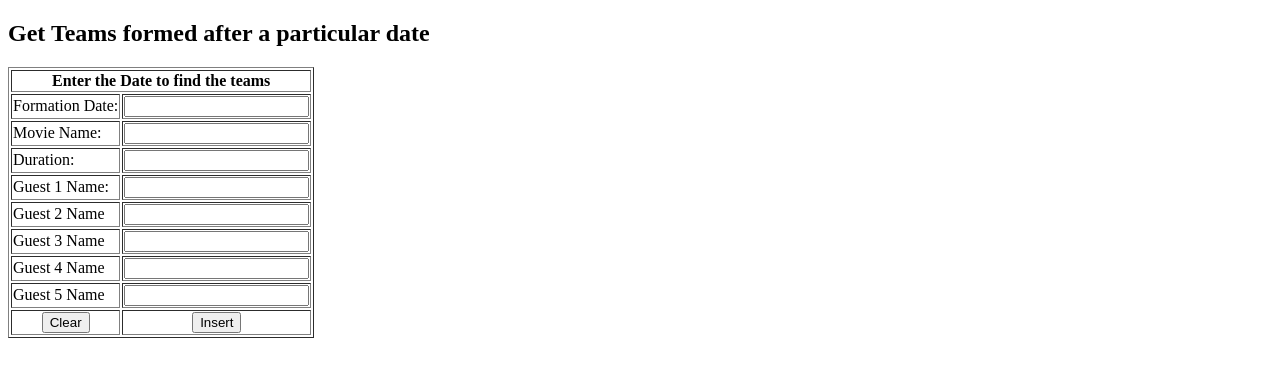
Repository: Harikiran-Madishetti/Patient-Assistance-Network
Page: http://localhost/IP_TASK7/get_teams_form.jsp
An editor plug-in stored every save of this project. The page is shown before and after the next save, followed by the edit.
The browser window is 1280 px wide. The pictures show the whole page.
The page is served by Tomcat 9.

Above is the page before, as saved 2020-11-16 07:51:01.

After the next save:
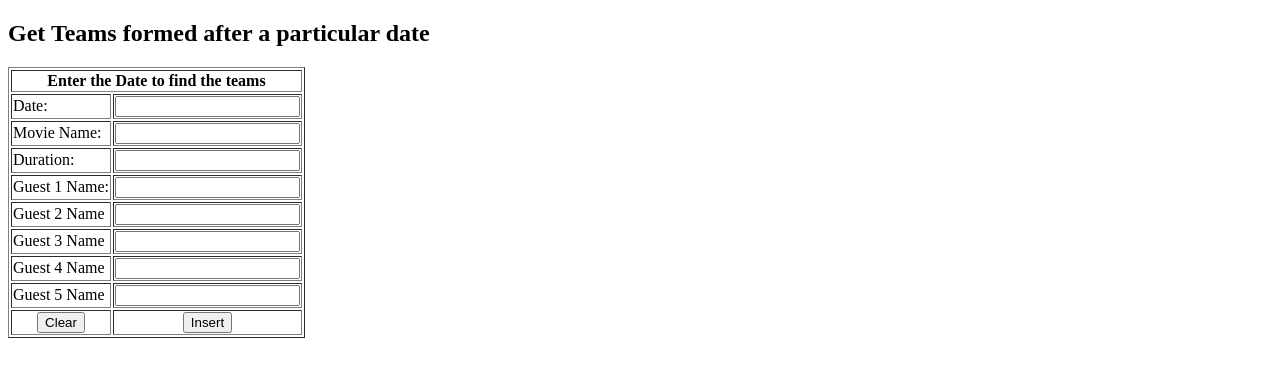
Saved 10 s later.
--- a/JDBC Connector/WEB Application/IP_TASK7/WebContent/get_teams_form.jsp
+++ b/JDBC Connector/WEB Application/IP_TASK7/WebContent/get_teams_form.jsp
@@ -17,7 +17,7 @@
                     <th colspan="2">Enter the Date to find the teams</th>
                 </tr>
                 <tr>
-                    <td>Formation Date:</td>
+                    <td>Date:</td>
                     <td><div style="text-align: center;">
                     <input type=text name=start_time>
                     </div></td>
